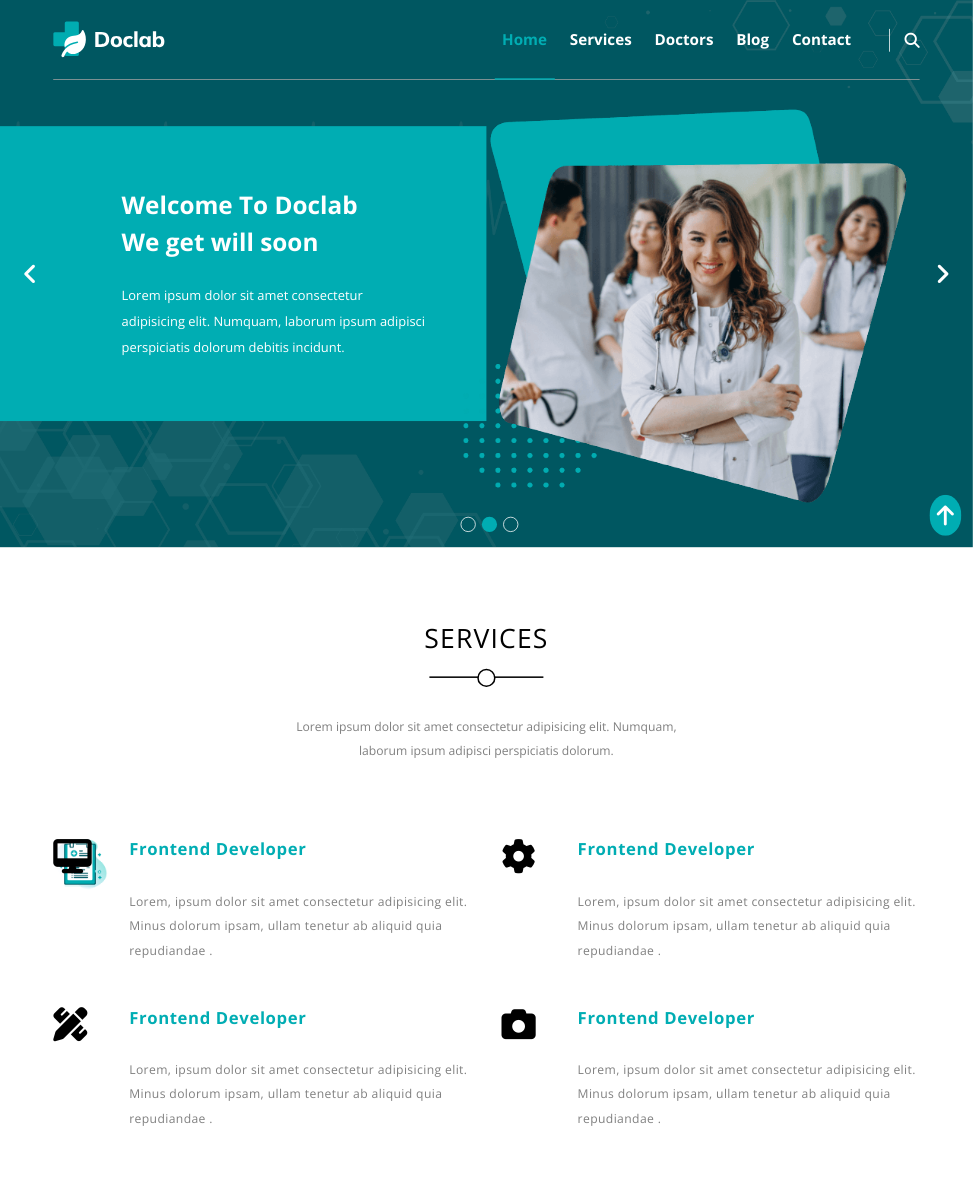
Repository: Ahmed123rezk123/Clinic
Page: index.html
These files come from the project's save history. The page is drawn as it stood at one moment and after a run of saves; the edit follows.
The browser window is 1280 px wide. The pictures show the part of the page from y = 0 to 1567 px (the page is 9134 px tall), at 76% of full size.
A picture or video elsewhere on the page could not be fetched, so the positions and the page height are approximate. Some web fonts or font styles are not loaded; a fallback is used.

Above is the page before, as saved 2024-04-17 21:09:18.

### index.html
<!DOCTYPE html>
<html lang="en">
  <head>
    <meta charset="UTF-8" />
    <meta name="viewport" content="width=device-width, initial-scale=1.0" />
    <title>Clinic</title>
    <!-- Render All Elements Normally -->
    <link rel="stylesheet" href="css/normalize.css" />
    <!-- Font Awesome Library -->
    <link rel="stylesheet" href="css/all.min.css" />
    <!-- Main Temlate css file -->
    <link rel="stylesheet" href="css/style.css" />
    <!-- Google Fonts -->
    <link rel="preconnect" href="https://fonts.googleapis.com" />
    <link rel="preconnect" href="https://fonts.gstatic.com" crossorigin />
    <link
      href="https://fonts.googleapis.com/css2?family=Edu+TAS+Beginner:wght@500&family=Open+Sans:wght@400;700&display=swap"
      rel="stylesheet"
    />
    <!-- <link href="https://cdn.jsdelivr.net/npm/bootstrap@5.3.2/dist/css/bootstrap.min.css" rel="stylesheet"> -->
  </head>
  <body>
    <!-- Start Header -->
    <header>
      <div class="container" id="top">
        <a href="#" class="logo">
          <img src="images/logo.svg" alt="Logo" />
        </a>
        <nav>
          <i class="fas fa-bars menu"></i>
          <ul>
            <li><a href="#" class="active">Home</a></li>
            <li><a href="#">Services</a></li>
            <li><a href="#">Doctors</a></li>
            <li><a href="#">Blog</a></li>
            <li><a href="#">Contact</a></li>
          </ul>
          <div class="form">
            <i class="fas fa-search"></i>
          </div>
        </nav>
      </div>
    </header>
    <!-- End Header -->
    <!-- Start Landing -->
    <section class="landing">
      <div class="overlay">
        <div class="text">
          <div class="content">
            <h2>
              Welcome To Doclab<br />
              We get will soon
            </h2>
            <p>
              Lorem ipsum dolor sit amet consectetur adipisicing elit. Numquam,
              laborum ipsum adipisci perspiciatis dolorum debitis incidunt.
            </p>
          </div>
        </div>
       <img class="img-doctor" src="images/hero-banner.png" alt="">
      </div>
      <i class="fas fa-angle-left icon1 fa-2x"></i>
      <i class="fas fa-angle-right icon2 fa-2x"></i>
      <ul class="bullets">
        <li></li>
        <li class="active"></li>
        <li></li>
      </ul>
    </section>
    <!-- End Landing -->
    <!-- Start Services -->
    <section class="services">
      <div class="container">
        <div class="main-content">
          <h2>Services</h2>
          <p>
            Lorem ipsum dolor sit amet consectetur adipisicing elit. Numquam,
            laborum ipsum adipisci perspiciatis dolorum.
          </p>
        </div>
        <div class="services-content">
          <div class="div-content">
            <img src="images/icon-1.png" alt="">
            <i class="fas fa-desktop"></i>
            <div class="text">
              <h2>Frontend Developer</h2>
              <p>
                Lorem, ipsum dolor sit amet consectetur adipisicing elit. Minus
                dolorum ipsam, ullam tenetur ab aliquid quia repudiandae .
              </p>
            </div>
          </div>
          <div class="div-content">
            <img src="" alt="">
            <i class="fas fa-cog"></i>
            <div class="text">
              <h2>Frontend Developer</h2>
              <p>
                Lorem, ipsum dolor sit amet consectetur adipisicing elit. Minus
                dolorum ipsam, ullam tenetur ab aliquid quia repudiandae .
              </p>
            </div>
          </div>
          <div class="div-content">
            <i class="fas fa-pencil-ruler"></i>
            <div class="text">
              <h2>Frontend Developer</h2>
              <p>
                Lorem, ipsum dolor sit amet consectetur adipisicing elit. Minus
                dolorum ipsam, ullam tenetur ab aliquid quia repudiandae .
              </p>
            </div>
          </div>
          <div class="div-content">
            <i class="fas fa-camera"></i>
            <div class="text">
              <h2>Frontend Developer</h2>
              <p>
                Lorem, ipsum dolor sit amet consectetur adipisicing elit. Minus
                dolorum ipsam, ullam tenetur ab aliquid quia repudiandae .
              </p>
            </div>
          </div>
        </div>
      </div>
    </section>
    <!-- End Services -->
    <!-- Start Design -->
    <section class="design">
      <div class="overlay">
        <div class="image">
          <img src="images/mobile.png" alt="" />
        </div>
        <div class="text">
          <div class="content">
            <h2>OUR DESIGN COMES WITH...</h2>
            <div class="div-icon">
              <div class="div-content">
                <i class="fas fa-desktop lab1"></i>
                <span>Responsive Design</span>
              </div>
              <div class="div-content">
                <i class="fas fa-desktop lab2"></i>
                <span>Modern And Clean Design</span>
              </div>
              <div class="div-content">
                <i class="fas fa-desktop lab3"></i>
                <span>Clean Code</span>
              </div>
              <div class="div-content">
                <i class="fas fa-desktop lab4"></i>
                <span>Browser Friendly</span>
              </div>
            </div>
          </div>
        </div>
      </div>
    </section>
    <!-- End Design -->
    <!-- Start Portfolio -->
    <div class="portfolio">
      <div class="container">
        <div class="main-content">
          <h2>Portfolio</h2>
          <p>
            Lorem ipsum dolor sit amet consectetur adipisicing elit. Numquam,
            laborum ipsum adipisci perspiciatis dolorum.
          </p>
        </div>
        <ul class="shuffle">
          <li class="active">All</li>
          <li>App</li>
          <li>Photo</li>
          <li>Web</li>
          <li>Print</li>
        </ul>
      </div>
      <div class="imgs-content">
        <div class="box">
          <img src="images/shuffle-01.jpg" alt="" />
          <div class="caption">
            <h4>Awesome Image</h4>
            <p>Photography</p>
          </div>
        </div>
        <div class="box">
          <img src="images/shuffle-02.jpg" alt="" />
          <div class="caption">
            <h4>Awesome Image</h4>
            <p>Photography</p>
          </div>
        </div>
        <div class="box">
          <img src="images/shuffle-03.jpg" alt="" />
          <div class="caption">
            <h4>Awesome Image</h4>
            <p>Photography</p>
          </div>
        </div>
        <div class="box">
          <img src="images/shuffle-04.jpg" alt="" />
          <div class="caption">
            <h4>Awesome Image</h4>
            <p>Photography</p>
          </div>
        </div>
        <div class="box">
          <img src="images/shuffle-05.jpg" alt="" />
          <div class="caption">
            <h4>Awesome Image</h4>
            <p>Photography</p>
          </div>
        </div>
        <div class="box">
          <img src="images/shuffle-06.jpg" alt="" />
          <div class="caption">
            <h4>Awesome Image</h4>
            <p>Photography</p>
          </div>
        </div>
        <div class="box">
          <img src="images/shuffle-07.jpg" alt="" />
          <div class="caption">
            <h4>Awesome Image</h4>
            <p>Photography</p>
          </div>
        </div>
        <div class="box">
          <img src="images/shuffle-08.jpg" alt="" />
          <div class="caption">
            <h4>Awesome Image</h4>
            <p>Photography</p>
          </div>
        </div>
      </div>
      <a href="#" class="more">MORE</a>
    </div>
    <!-- End Portfolio -->
    <!-- Start Video -->
    <div class="video">
      <video autoplay muted loop>
        <source src="images/awesome-video (1).mp4" type="video/mp4" />
      </video>
      <div class="text">
        <h2>SUPER AWESOME VIDEO HERE</h2>
        <p>Its All You Need</p>
        <button>SEE MORE</button>
      </div>
    </div>
    <!-- End Video -->

    <!-- Start About -->
    <div class="about">
      <div class="container">
        <div class="main-content">
          <h2>Services</h2>
          <p>
            Lorem ipsum dolor sit amet consectetur adipisicing elit. Numquam,
            laborum ipsum adipisci perspiciatis dolorum.
          </p>
        </div>
        <img src="images/about.png" alt="" />
      </div>
    </div>
    <!-- End About -->
    <!-- Start Stats  -->
    <div class="stats">
      <div class="container">
        <div class="box">
          <i class="fas fa-mug-hot"></i>
          <p>1.236</p>
          <span>Coffee Drinks</span>
        </div>
        <div class="box">
          <i class="far fa-folder"></i>
          <p>256</p>
          <span>Completed Projects</span>
        </div>
        <div class="box">
          <i class="far fa-envelope"></i>
          <p>1,743</p>
          <span>Mail Sent</span>
        </div>
        <div class="box">
          <i class="fas fa-trophy"></i>
          <p>17</p>
          <span>Awards Received</span>
        </div>
      </div>
    </div>
    <!-- End Stats  -->
    <!-- Start Skills -->
    <div class="our-skills">
      <div class="container">
        <div class="testimonial">
          <h3>TESTIMONIALS</h3>
          <p>
            Curabitur arcu erat, accumsan id imperdiet et, porttitor at sem.
            Mauris blandit aliquet elit, eget tincidunt.
          </p>
          <div class="box">
            <img src="images/skills-01.jpg" alt="" />
            <div class="text">
              Curabitur arcu erat, accumsan id imperdiet et, porttitor at sem.
              Mauris blandit aliquet elit, eget tincidunt.
              <p>Ahmed Atef, CEO</p>
            </div>
          </div>
          <div class="box">
            <img src="images/skills-02.jpg" alt="" />
            <div class="text">
              Curabitur arcu erat, accumsan id imperdiet et, porttitor at sem.
              Mauris blandit aliquet elit, eget tincidunt.
              <p>Ahmed Ayman, CEO</p>
            </div>
          </div>
          <ul class="bullets">
            <li></li>
            <li class="active"></li>
            <li></li>
          </ul>
        </div>
        <div class="skills">
          <h3>SKILLS</h3>
          <p>
            Curabitur arcu erat, accumsan id imperdiet et, porttitor at sem.
            Mauris blandit aliquet elit, eget tincidunt.
          </p>
          <div class="prog-content">
            <h4>ADOBE</h4>
            <div class="prog">
              <span style="width: 90%" data-progress="90%"></span>
            </div>
          </div>
          <div class="prog-content">
            <h4>HTML & CSS</h4>
            <div class="prog">
              <span style="width: 85%" data-progress="85%"></span>
            </div>
          </div>
          <div class="prog-content">
            <h4>JAVASCRIPT</h4>
            <div class="prog">
              <span style="width: 80%" data-progress="80%"></span>
            </div>
          </div>
          <div class="prog-content">
            <h4>PHP</h4>
            <div class="prog">
              <span style="width: 90%" data-progress="90%"></span>
            </div>
          </div>
        </div>
      </div>
    </div>
    <!-- End Skills -->
    <!-- Start Quote -->
    <div class="quote">
      <div class="container">
        <div class="content">
          <q
            >accumsan id imperdiet et, porttitor at sem. Mauris blandit aliquet
            elit, eget tincidunt.</q
          >
          <span>Ahmed Atef</span>
        </div>
      </div>
    </div>
    <!-- End Quote -->
    <!-- Start Princing -->
    <div class="princing">
      <div class="container">
        <div class="main-content">
          <h2>Princing</h2>
          <p>
            Lorem ipsum dolor sit amet consectetur adipisicing elit. Numquam,
            laborum ipsum adipisci perspiciatis dolorum.
          </p>
        </div>
        <div class="content">
          <div class="basic">
            <div class="head">
              <h3>BASIC</h3>
              <span>19</span>
            </div>
            <ul>
              <li>Feature No 1</li>
              <li>Extra Feature</li>
              <li>Extra Feature No 2</li>
              <li>Feature</li>
            </ul>
            <div class="foot">
              <a href="#">Buy Now</a>
            </div>
          </div>
          <div class="basic">
            <div class="head">
              <h3>PREMIUM</h3>
              <span>29</span>
            </div>
            <ul>
              <li>Feature No 1</li>
              <li>Extra Feature</li>
              <li>Extra Feature No 2</li>
              <li>Feature</li>
            </ul>
            <div class="foot">
              <a href="#">Buy Now</a>
            </div>
          </div>

          <div class="basic">
            <div class="head">
              <h3>PRO</h3>
              <span>39</span>
            </div>
            <ul>
              <li>Feature No 1</li>
              <li>Extra Feature</li>
              <li>Extra Feature No 2</li>
              <li>Feature</li>
            </ul>
            <div class="foot">
              <a href="#">Buy Now</a>
            </div>
          </div>

          <div class="basic">
            <div class="head">
              <h3>PLATINUM</h3>
              <span>49</span>
            </div>
            <ul>
              <li>Feature No 1</li>
              <li>Extra Feature</li>
              <li>Extra Feature No 2</li>
              <li>Feature</li>
            </ul>
            <div class="foot">
              <a href="#">Buy Now</a>
            </div>
          </div>
        </div>
        <p class="parag-content">Contact us if you have special request</p>
        <a href="#" class="lnk">Contact Us</a>
      </div>
    </div>
    <!-- End Princing -->

    <!-- Start Subscribe -->
    <div class="subscribe">
      <div class="container">
        <form action="">
          <i class="far fa-envelope"></i>
          <input type="email" name="mail" placeholder="Your Email" />
          <input type="submit" value="Subscribe" />
        </form>
        <p>
          Curabitur arcu erat, accumsan id imperdiet et, porttitor at sem.
          Mauris blan dit aliquet elit, eget tincidunt.
        </p>
      </div>
    </div>
    <!-- End Subscribe -->
    <!-- Start CONTACT US -->

    <div class="contact">
      <div class="container">
        <div class="main-content">
          <h2>contact us</h2>
          <p>
            Lorem ipsum dolor sit amet consectetur adipisicing elit. Numquam,
            laborum ipsum adipisci perspiciatis dolorum.
          </p>
        </div>
        <div class="content">
          <form action="">
            <input
              class="inp"
              type="text"
              name="name"
              placeholder="Your Name"
            />
            <input
              class="inp"
              type="email"
              name="mail"
              placeholder="Your Email"
            />
            <textarea
              class="inp"
              name="message"
              placeholder="Your Message"
            ></textarea>
            <input type="submit" value="Send Message" />
          </form>
          <div class="text">
            <h4>GET IN TOUCH</h4>
            <span class="phone">+00 123.456.789</span>
            <span class="phone">+00 123.456.789</span>

            <h4>WHERE WE ARE</h4>
            <ul>
              <li>Awesome Address 17</li>
              <li>New York, NYC</li>
              <li>123-4567-890</li>
              <li>USA</li>
            </ul>
          </div>
        </div>
      </div>
    </div>
    <!-- End CONTACT US -->

    <!-- Start Footer -->
    <div class="footer">
      <div class="container">
        <img src="images/logo.png" alt="Logo" />
        <div class="text">
          <h2>WE ARE SOCIAL</h2>
          <a href="#"><i class="fab fa-facebook-f"></i></a>
          <a href="#"><i class="fab fa-twitter"></i></a>
          <a href="#"> <i class="fas fa-home"></i></a>
          <a href="#"><i class="fab fa-linkedin"></i></a>
        </div>
        <p>&copy; 2024 <span>Kammuna</span> All Right Reserved</p>
      </div>
    </div>
    <!-- End Footer -->
    <a href="#top" class="up"><i class="fas fa-arrow-up"></i></a>
  </body>
</html>

Loaded but not shown: css/normalize.css (library); css/all.min.css (library); css/style.css (1198 lines, source omitted)

After the next 3 saves:
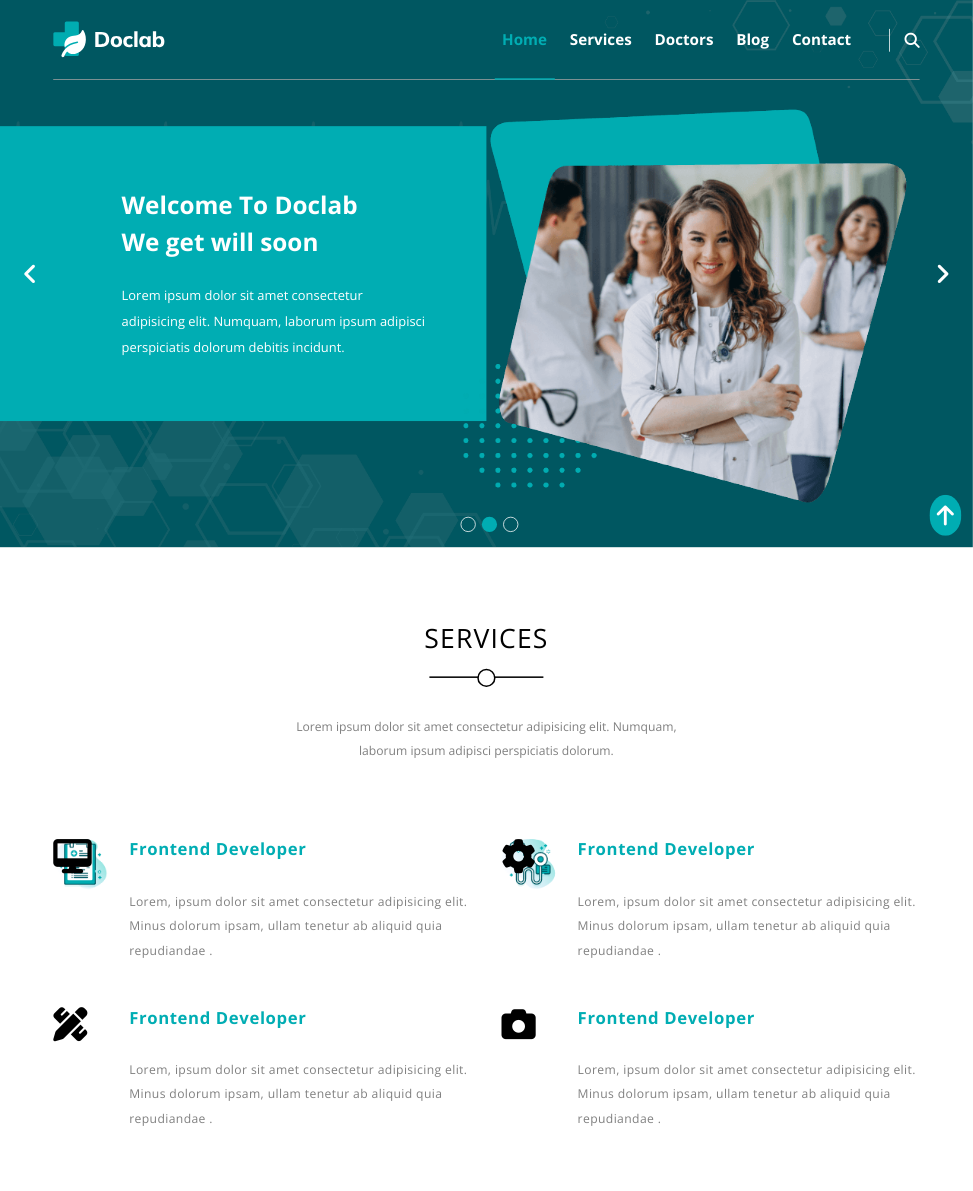
The 3 saves are shown as one change because they came seconds apart.
The last was saved 8 s later.
--- a/index.html
+++ b/index.html
@@ -91,7 +91,7 @@
             </div>
           </div>
           <div class="div-content">
-            <img src="" alt="">
+            <img src="images/icon-2.png" alt="">
             <i class="fas fa-cog"></i>
             <div class="text">
               <h2>Frontend Developer</h2>
@@ -103,6 +103,7 @@
           </div>
           <div class="div-content">
             <i class="fas fa-pencil-ruler"></i>
+
             <div class="text">
               <h2>Frontend Developer</h2>
               <p>
